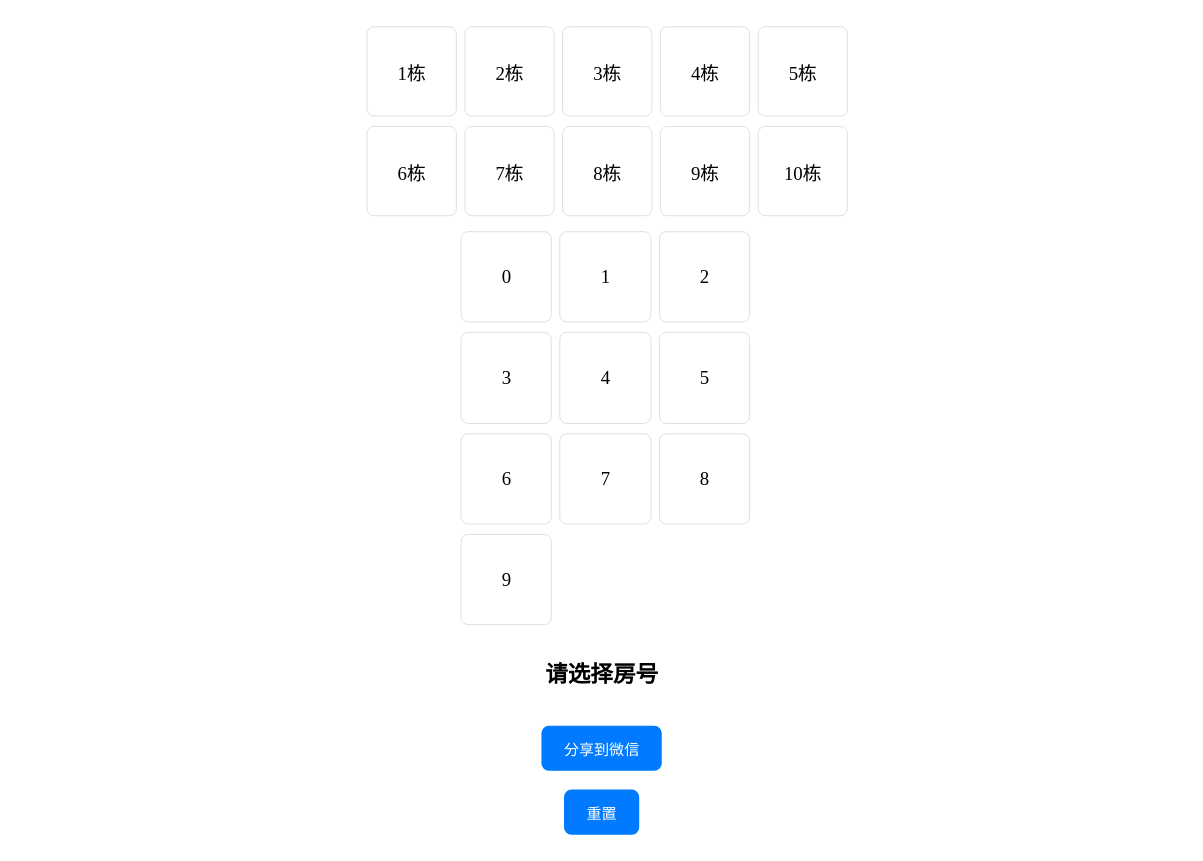
Repository: zhi-shou/moon
Page: /home
The author's editor kept a copy of each file at every save. The page is drawn from the files as they stood at one save, then again after the next save.
The browser window is 1280 px wide. The pictures show the whole page, at 94% of full size.
The project was rebuilt for these pictures with package versions that can differ from the ones it lists, and the page was loaded fresh each time. Also part of the build but not shown: vite.config.js.

Above is the page before, as saved 2025-01-17 13:48:55.

### src/main.jsx
import { createRoot } from 'react-dom/client';
import { BrowserRouter, Routes, Route } from 'react-router-dom';
import App from './App';
import Home from './pages/home';

const rootElement = document.getElementById('root');
const root = createRoot(rootElement);
root.render(
  <BrowserRouter
    future={{ v7_startTransition: true, v7_relativeSplatPath: true }}
  >
    <Routes>
      <Route path="/" element={<App />}>
        <Route path="/home" element={<Home />} />
        <Route
          path="*"
          element={
            <main style={{ padding: '1rem' }}>
              <p>There's nothing here!</p>
            </main>
          }
        />
      </Route>
    </Routes>
  </BrowserRouter>
);

### src/App.jsx
import React from 'react';
import Home from './pages/home';

function App() {
  return (
    <div>
      <Home />
    </div>
  );
}

export default App;

### src/pages/home.jsx
import React, { useState } from 'react';
import { styles } from './home.styles.js';

const Home = () => {
  const [selectedBuilding, setSelectedBuilding] = useState('');
  const [roomNumber, setRoomNumber] = useState('');

  const buildings = Array.from({ length: 10 }, (_, i) => i + 1);
  const numbers = Array.from({ length: 10 }, (_, i) => i);

  const handleBuildingClick = (building) => {
    setSelectedBuilding(building);
  };

  const handleNumberClick = (number) => {
    if (roomNumber.length < 4) {
      setRoomNumber(prev => prev + number);
    }
  };

  const resetSelection = () => {
    setSelectedBuilding('');
    setRoomNumber('');
  };

  const handleShare = () => {
    // 这里添加微信分享的逻辑
    const fullRoomNumber = `${selectedBuilding}#${roomNumber}`;
    // 调用微信SDK分享接口
    alert(`分享房号: ${fullRoomNumber}`);
  };

  return (
    <div style={styles.container}>
      <div style={styles.buildingSection}>
        {buildings.map(building => (
          <div
            key={building}
            style={{
              ...styles.block,
              ...(selectedBuilding === building ? styles.selectedBlock : {})
            }}
            onClick={() => handleBuildingClick(building)}
          >
            {building}栋
          </div>
        ))}
      </div>

      <div style={styles.numberSection}>
        {numbers.map(number => (
          <div
            key={number}
            style={styles.block}
            onClick={() => handleNumberClick(number)}
          >
            {number}
          </div>
        ))}
      </div>

      <div style={styles.result}>
        {selectedBuilding && roomNumber ? `${selectedBuilding}#${roomNumber}` : '请选择房号'}
      </div>

      <button style={styles.button} onClick={handleShare}>
        分享到微信
      </button>

      <button style={styles.button} onClick={resetSelection}>
        重置
      </button>
    </div>
  );
};

export default Home;

### src/pages/home.styles.js
export const styles = {
  container: {
    padding: '20px',
    display: 'flex',
    flexDirection: 'column',
    alignItems: 'center',
    gap: '20px'
  },

  buildingSection: {
    display: 'grid',
    gridTemplateColumns: 'repeat(5, 1fr)',
    gap: '10px',
    width: '100%',
    maxWidth: '500px'
  },

  numberSection: {
    display: 'grid',
    gridTemplateColumns: 'repeat(3, 1fr)',
    gap: '10px',
    width: '100%',
    maxWidth: '300px'
  },

  block: {
    width: '100%',
    aspectRatio: '1',
    border: '1px solid #ddd',
    borderRadius: '8px',
    display: 'flex',
    alignItems: 'center',
    justifyContent: 'center',
    fontSize: '20px',
    cursor: 'pointer',
    backgroundColor: 'white',
    transition: 'all 0.3s'
  },

  selectedBlock: {
    backgroundColor: '#007AFF',
    color: 'white'
  },

  result: {
    fontSize: '24px',
    fontWeight: 'bold',
    margin: '20px 0'
  },

  button: {
    padding: '12px 24px',
    backgroundColor: '#007AFF',
    color: 'white',
    border: 'none',
    borderRadius: '8px',
    fontSize: '16px',
    cursor: 'pointer'
  }
};

After the next save:
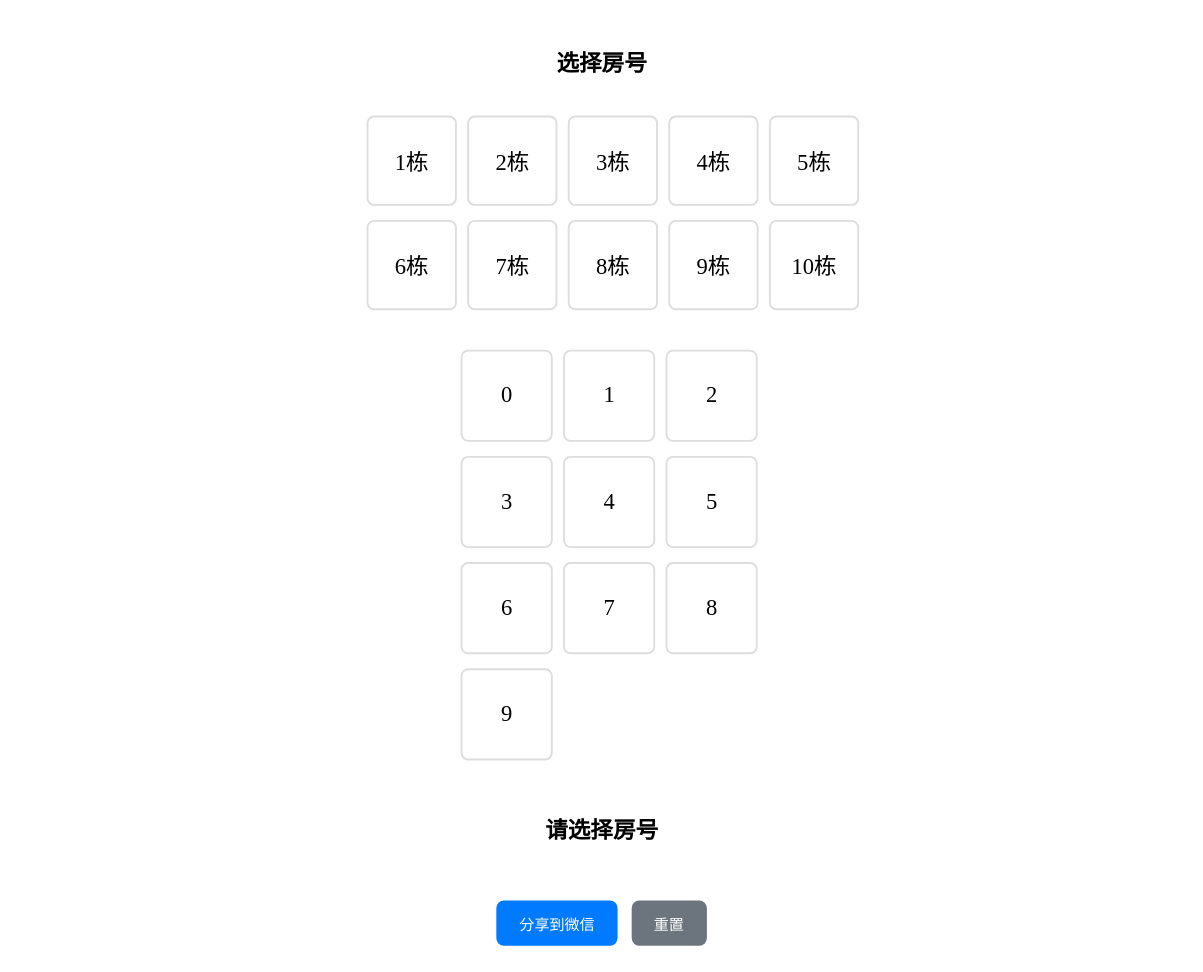
Saved 2 min 16 s later.
--- a/src/pages/home.jsx
+++ b/src/pages/home.jsx
@@ -4,34 +4,71 @@
 const Home = () => {
   const [selectedBuilding, setSelectedBuilding] = useState('');
   const [roomNumber, setRoomNumber] = useState('');
+  const [error, setError] = useState('');
 
   const buildings = Array.from({ length: 10 }, (_, i) => i + 1);
   const numbers = Array.from({ length: 10 }, (_, i) => i);
 
   const handleBuildingClick = (building) => {
     setSelectedBuilding(building);
+    setError('');
   };
 
   const handleNumberClick = (number) => {
     if (roomNumber.length < 4) {
       setRoomNumber(prev => prev + number);
+      setError('');
+    }
+  };
+
+  const handleBackspace = () => {
+    if (roomNumber.length > 0) {
+      setRoomNumber(prev => prev.slice(0, -1));
     }
   };
 
   const resetSelection = () => {
     setSelectedBuilding('');
     setRoomNumber('');
+    setError('');
   };
 
   const handleShare = () => {
+    if (!selectedBuilding) {
+      setError('请先选择楼栋');
+      return;
+    }
+    if (roomNumber.length !== 4) {
+      setError('请输入4位房号');
+      return;
+    }
+
+    const fullRoomNumber = `${selectedBuilding}#${roomNumber}`;
+
     // 这里添加微信分享的逻辑
-    const fullRoomNumber = `${selectedBuilding}#${roomNumber}`;
-    // 调用微信SDK分享接口
-    alert(`分享房号: ${fullRoomNumber}`);
+    if (typeof wx !== 'undefined') {
+      wx.ready(() => {
+        wx.shareAppMessage({
+          title: '我的房号',
+          desc: `我的房号是: ${fullRoomNumber}`,
+          link: window.location.href,
+          success: function() {
+            alert('分享成功！');
+          },
+          fail: function() {
+            alert('分享失败，请重试');
+          }
+        });
+      });
+    } else {
+      alert(`分享房号: ${fullRoomNumber}`);
+    }
   };
 
   return (
     <div style={styles.container}>
+      <h2>选择房号</h2>
+
       <div style={styles.buildingSection}>
         {buildings.map(building => (
           <div
@@ -63,13 +100,20 @@
         {selectedBuilding && roomNumber ? `${selectedBuilding}#${roomNumber}` : '请选择房号'}
       </div>
 
-      <button style={styles.button} onClick={handleShare}>
-        分享到微信
-      </button>
+      {error && <div style={{ color: 'red', marginTop: '10px' }}>{error}</div>}
 
-      <button style={styles.button} onClick={resetSelection}>
-        重置
-      </button>
+      <div style={styles.buttonGroup}>
+        <button style={styles.button} onClick={handleShare}>
+          分享到微信
+        </button>
+
+        <button
+          style={{...styles.button, ...styles.resetButton}}
+          onClick={resetSelection}
+        >
+          重置
+        </button>
+      </div>
     </div>
   );
 };
--- a/src/pages/home.styles.js
+++ b/src/pages/home.styles.js
@@ -10,42 +10,54 @@
   buildingSection: {
     display: 'grid',
     gridTemplateColumns: 'repeat(5, 1fr)',
-    gap: '10px',
+    gap: '15px',
     width: '100%',
-    maxWidth: '500px'
+    maxWidth: '500px',
+    marginBottom: '30px'
   },
 
   numberSection: {
     display: 'grid',
     gridTemplateColumns: 'repeat(3, 1fr)',
-    gap: '10px',
+    gap: '15px',
     width: '100%',
-    maxWidth: '300px'
+    maxWidth: '300px',
+    marginBottom: '30px'
   },
 
   block: {
     width: '100%',
     aspectRatio: '1',
-    border: '1px solid #ddd',
+    border: '2px solid #ddd',
     borderRadius: '8px',
     display: 'flex',
     alignItems: 'center',
     justifyContent: 'center',
-    fontSize: '20px',
+    fontSize: '24px',
     cursor: 'pointer',
     backgroundColor: 'white',
-    transition: 'all 0.3s'
+    transition: 'all 0.3s',
+    '&:hover': {
+      backgroundColor: '#f0f0f0'
+    }
   },
 
   selectedBlock: {
     backgroundColor: '#007AFF',
-    color: 'white'
+    color: 'white',
+    border: '2px solid #007AFF'
   },
 
   result: {
     fontSize: '24px',
     fontWeight: 'bold',
     margin: '20px 0'
+  },
+
+  buttonGroup: {
+    display: 'flex',
+    gap: '15px',
+    marginTop: '20px'
   },
 
   button: {
@@ -55,6 +67,14 @@
     border: 'none',
     borderRadius: '8px',
     fontSize: '16px',
-    cursor: 'pointer'
+    cursor: 'pointer',
+    transition: 'all 0.3s',
+    '&:hover': {
+      backgroundColor: '#0056b3'
+    }
+  },
+
+  resetButton: {
+    backgroundColor: '#6c757d'
   }
 };
